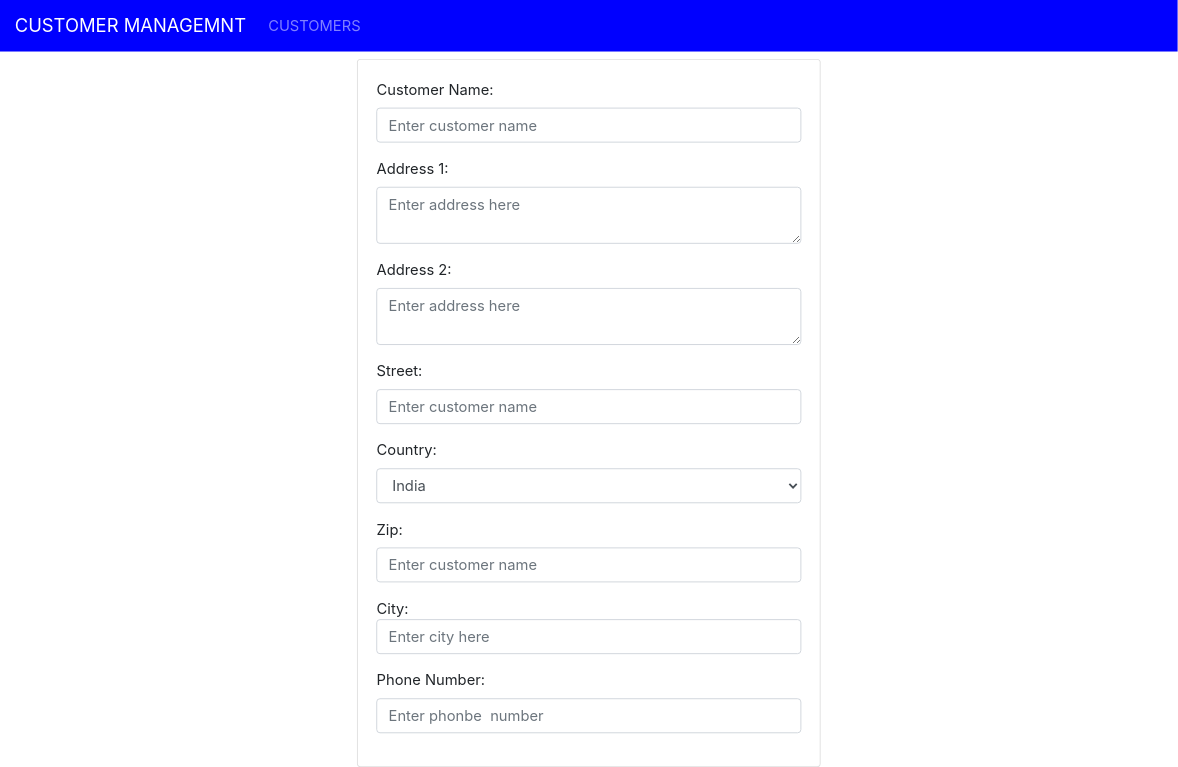
Repository: shruti-2522/webdirekt-assignment
Page: http://localhost/Customer-Project/customer-form.jsp
The author's editor kept a copy of each file at every save. The page is drawn from the files as they stood at one save, then again after the next save.
The browser window is 1280 px wide. The pictures show the whole page, at 92% of full size.
The page is served by Tomcat 9. Other server files are loaded and not shown.

Above is the page before, as saved 2021-07-05 10:41:46.

### Customer-Project/src/main/webapp/customer-form.jsp
<%@ page language="java" contentType="text/html; charset=ISO-8859-1"
	pageEncoding="ISO-8859-1"%>
<!DOCTYPE html>
<html>
<head>
<meta charset="ISO-8859-1">
<title>Add Customer</title>
<link rel="stylesheet"
	href="https://cdn.jsdelivr.net/npm/bootstrap@4.5.3/dist/css/bootstrap.min.css"
	integrity="sha384-TX8t27EcRE3e/ihU7zmQxVncDAy5uIKz4rEkgIXeMed4M0jlfIDPvg6uqKI2xXr2"
	crossorigin="anonymous">
</head>
<body>

	<header>
		<nav class="navbar navbar-expand-md navbar-dark"
			style="background-color: blue">
			<div>
				<a class="navbar-brand">CUSTOMER MANAGEMNT</a>
			</div>

			<ul class="navbar-nav">
				<li><a href="<%=request.getContextPath()%>/list"
					class="nav-link">CUSTOMERS</a></li>
			</ul>
		</nav>


	</header>

	<div class="container col-md-5 mt-2">
		<div class="card">
			<div class="card-body">

				<fieldset class="form-group">
					<label>Customer Name:</label> <input type="text"
						class="form-control" placeholder="Enter customer name" name="name"
						required>
				</fieldset>


				<fieldset class="form-group">
					<label>Address 1:</label>
					<textarea class="form-control" name="addr1" placeholder="Enter address here" ></textarea>
			</fieldset>



				<fieldset class="form-group">
					<label>Address 2:</label>
					<textarea class="form-control" name="addr2" placeholder="Enter address here" ></textarea>
			</fieldset>

			<fieldset class="form-group">
					<label>Street:</label> <input type="text"
						class="form-control" placeholder="Enter customer name" name="street"
						>
				</fieldset>


			<fieldset class="form-group">
					<label>Country:</label>

					<select name="country"  class="form-control">
					<option>India</option>
					<option>America</option>
				    <option>Chin</option>
				    <option>Other</option>
					</select>
				</fieldset>

	<fieldset class="form-group">
					<label>Zip:</label> <input type="number"
						class="form-control" placeholder="Enter customer name" name="zip"
						>
				</fieldset>


				<fieldset class="form-group">
					<labell>City:</label> <input type="text"
						class="form-control" placeholder="Enter city here" name="city"
						>
				</fieldset>

					<fieldset class="form-group">
					<label>Phone Number:</label> <input type="number"
						class="form-control" placeholder="Enter phonbe  number" name="phone"
						>
				</fieldset>

			</div>

		</div>
	</div>




</body>
</html>

After the next save:
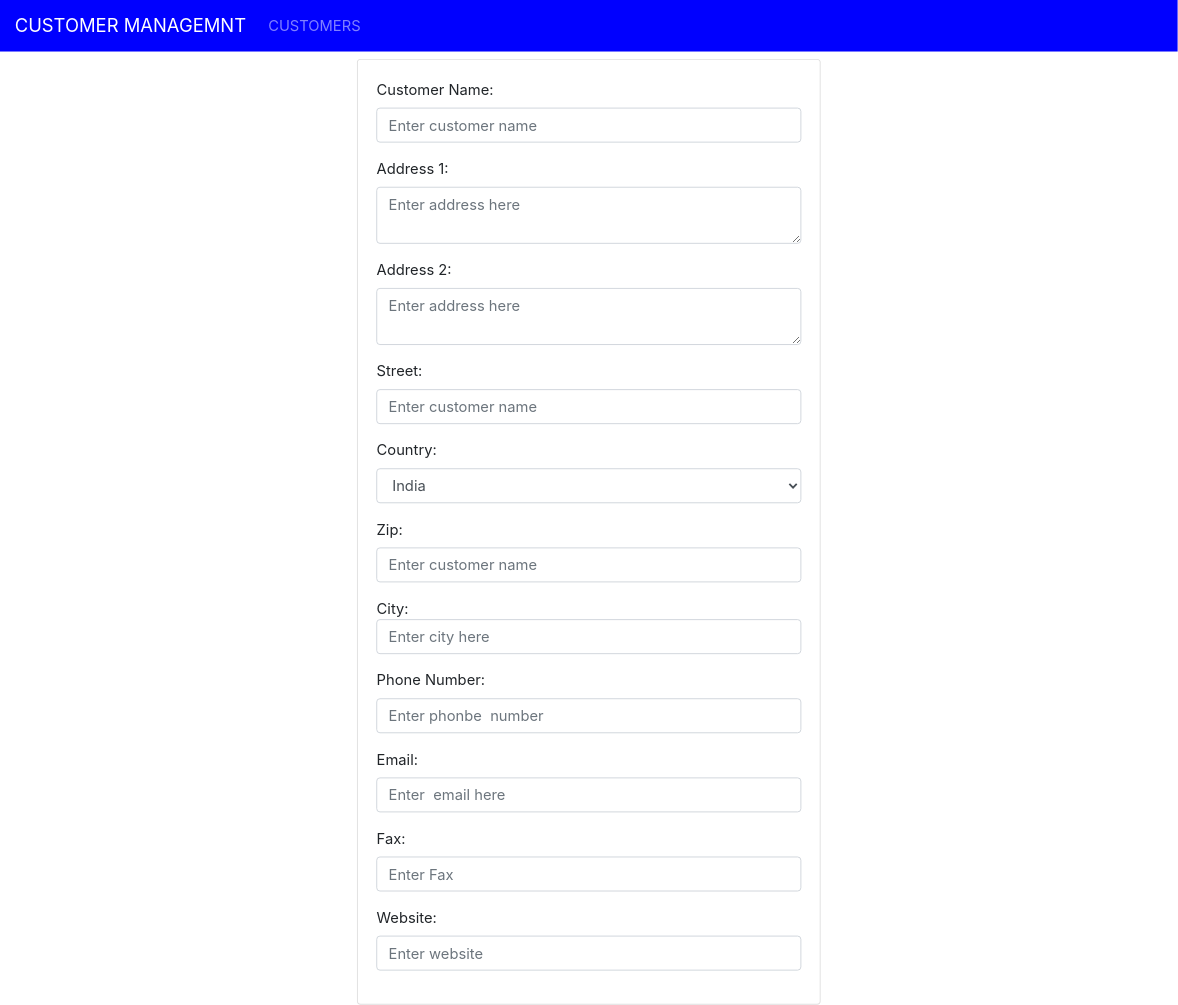
Saved 89 s later.
--- a/Customer-Project/src/main/webapp/customer-form.jsp
+++ b/Customer-Project/src/main/webapp/customer-form.jsp
@@ -87,6 +87,22 @@
 						class="form-control" placeholder="Enter phonbe  number" name="phone"
 						>
 				</fieldset>
+				<fieldset class="form-group">
+					<label>Email:</label> <input type="number"
+						class="form-control" placeholder="Enter  email here" name="email"
+						>
+				</fieldset>
+
+				<fieldset class="form-group">
+					<label>Fax:</label> <input type="number"
+						class="form-control" placeholder="Enter Fax" name="fax"
+						>
+				</fieldset>
+				<fieldset class="form-group">
+					<label>Website:</label> <input type="number"
+						class="form-control" placeholder="Enter website" name="web"
+						>
+				</fieldset>
 
 			</div>
 
